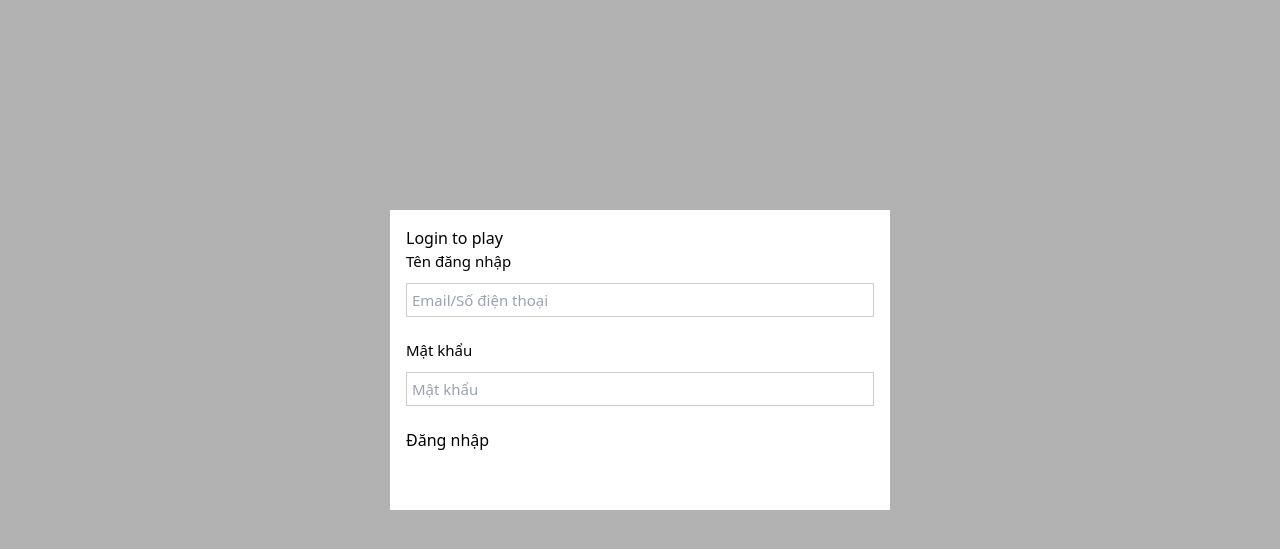
Repository: Teddy1705/demo_pj
Page: /
An editor plug-in stored every save of this project. The page is shown before and after the next save, followed by the edit.
The browser window is 1280 px wide. The pictures show the whole page.
The project was rebuilt for these pictures with package versions that can differ from the ones it lists, and the page was loaded fresh each time. Also part of the build but not shown: vite.config.js.

Above is the page before, as saved 2024-04-16 09:53:38.

### index.html
<!DOCTYPE html>
<html lang="en">
  <head>
    <meta charset="UTF-8" />
    <link rel="icon" type="image/svg+xml" href="/vite.svg" />
    <meta name="viewport" content="width=device-width, initial-scale=1.0" />
    <title>Tic Tac Toe</title>
    <link rel="stylesheet" href="./src/index.css" />
  </head>
  <body>
    <div id="root"></div>
    <script type="module" src="/src/main.jsx"></script>
  </body>
</html>

### src/index.css
:root {
  --white-color: #fff;
  --black-color: #000;
}

/*
1. Prevent padding and border from affecting element width. (https://github.com/mozdevs/cssremedy/issues/4)
2. Allow adding a border to an element by just adding a border-width. (https://github.com/tailwindcss/tailwindcss/pull/116)
*/

*,
::before,
::after {
  box-sizing: border-box;
  /* 1 */
  border-width: 0;
  /* 2 */
  border-style: solid;
  /* 2 */
  border-color: #e5e7eb;
  /* 2 */
}

::before,
::after {
  --tw-content: "";
}

/*
1. Use a consistent sensible line-height in all browsers.
2. Prevent adjustments of font size after orientation changes in iOS.
3. Use a more readable tab size.
4. Use the user's configured `sans` font-family by default.
5. Use the user's configured `sans` font-feature-settings by default.
6. Use the user's configured `sans` font-variation-settings by default.
7. Disable tap highlights on iOS
*/

html,
:host {
  line-height: 1.5;
  /* 1 */
  -webkit-text-size-adjust: 100%;
  /* 2 */
  -moz-tab-size: 4;
  /* 3 */
  -o-tab-size: 4;
  tab-size: 4;
  /* 3 */
  font-family: ui-sans-serif, system-ui, sans-serif, "Apple Color Emoji",
    "Segoe UI Emoji", "Segoe UI Symbol", "Noto Color Emoji";
  /* 4 */
  font-feature-settings: normal;
  /* 5 */
  font-variation-settings: normal;
  /* 6 */
  -webkit-tap-highlight-color: transparent;
  /* 7 */
}

/*
1. Remove the margin in all browsers.
2. Inherit line-height from `html` so users can set them as a class directly on the `html` element.
*/

body {
  margin: 0;
  /* 1 */
  line-height: inherit;
  /* 2 */
}

/*
1. Add the correct height in Firefox.
2. Correct the inheritance of border color in Firefox. (https://bugzilla.mozilla.org/show_bug.cgi?id=190655)
3. Ensure horizontal rules are visible by default.
*/

hr {
  height: 0;
  /* 1 */
  color: inherit;
  /* 2 */
  border-top-width: 1px;
  /* 3 */
}

/*
Add the correct text decoration in Chrome, Edge, and Safari.
*/

abbr:where([title]) {
  -webkit-text-decoration: underline dotted;
  text-decoration: underline dotted;
}

/*
Remove the default font size and weight for headings.
*/

h1,
h2,
h3,
h4,
h5,
h6 {
  font-size: inherit;
  font-weight: inherit;
}

/*
Reset links to optimize for opt-in styling instead of opt-out.
*/

a {
  color: inherit;
  text-decoration: inherit;
}

/*
Add the correct font weight in Edge and Safari.
*/

b,
strong {
  font-weight: bolder;
}

/*
1. Use the user's configured `mono` font-family by default.
2. Use the user's configured `mono` font-feature-settings by default.
3. Use the user's configured `mono` font-variation-settings by default.
4. Correct the odd `em` font sizing in all browsers.
*/

code,
kbd,
samp,
pre {
  font-family: ui-monospace, SFMono-Regular, Menlo, Monaco, Consolas,
    "Liberation Mono", "Courier New", monospace;
  /* 1 */
  font-feature-settings: normal;
  /* 2 */
  font-variation-settings: normal;
  /* 3 */
  font-size: 1em;
  /* 4 */
}

/*
Add the correct font size in all browsers.
*/

small {
  font-size: 80%;
}

/*
Prevent `sub` and `sup` elements from affecting the line height in all browsers.
*/

sub,
sup {
  font-size: 75%;
  line-height: 0;
  position: relative;
  vertical-align: baseline;
}

sub {
  bottom: -0.25em;
}

sup {
  top: -0.5em;
}

/*
1. Remove text indentation from table contents in Chrome and Safari. (https://bugs.chromium.org/p/chromium/issues/detail?id=999088, https://bugs.webkit.org/show_bug.cgi?id=201297)
2. Correct table border color inheritance in all Chrome and Safari. (https://bugs.chromium.org/p/chromium/issues/detail?id=935729, https://bugs.webkit.org/show_bug.cgi?id=195016)
3. Remove gaps between table borders by default.
*/

table {
  text-indent: 0;
  /* 1 */
  border-color: inherit;
  /* 2 */
  border-collapse: collapse;
  /* 3 */
}

/*
1. Change the font styles in all browsers.
2. Remove the margin in Firefox and Safari.
3. Remove default padding in all browsers.
*/

button,
input,
optgroup,
select,
textarea {
  font-family: inherit;
  /* 1 */
  font-feature-settings: inherit;
  /* 1 */
  font-variation-settings: inherit;
  /* 1 */
  font-size: 100%;
  /* 1 */
  font-weight: inherit;
  /* 1 */
  line-height: inherit;
  /* 1 */
  letter-spacing: inherit;
  /* 1 */
  color: inherit;
  /* 1 */
  margin: 0;
  /* 2 */
  padding: 0;
  /* 3 */
}

/*
Remove the inheritance of text transform in Edge and Firefox.
*/

button,
select {
  text-transform: none;
}

/*
1. Correct the inability to style clickable types in iOS and Safari.
2. Remove default button styles.
*/

button,
input:where([type="button"]),
input:where([type="reset"]),
input:where([type="submit"]) {
  -webkit-appearance: button;
  /* 1 */
  background-color: transparent;
  /* 2 */
  background-image: none;
  /* 2 */
}

/*
Use the modern Firefox focus style for all focusable elements.
*/

:-moz-focusring {
  outline: auto;
}

/*
Remove the additional `:invalid` styles in Firefox. (https://github.com/mozilla/gecko-dev/blob/2f9eacd9d3d995c937b4251a5557d95d494c9be1/layout/style/res/forms.css#L728-L737)
*/

:-moz-ui-invalid {
  box-shadow: none;
}

/*
Add the correct vertical alignment in Chrome and Firefox.
*/

progress {
  vertical-align: baseline;
}

/*
Correct the cursor style of increment and decrement buttons in Safari.
*/

::-webkit-inner-spin-button,
::-webkit-outer-spin-button {
  height: auto;
}

/*
1. Correct the odd appearance in Chrome and Safari.
2. Correct the outline style in Safari.
*/

[type="search"] {
  -webkit-appearance: textfield;
  /* 1 */
  outline-offset: -2px;
  /* 2 */
}

/*
Remove the inner padding in Chrome and Safari on macOS.
*/

::-webkit-search-decoration {
  -webkit-appearance: none;
}

/*
1. Correct the inability to style clickable types in iOS and Safari.
2. Change font properties to `inherit` in Safari.
*/

::-webkit-file-upload-button {
  -webkit-appearance: button;
  /* 1 */
  font: inherit;
  /* 2 */
}

/*
Add the correct display in Chrome and Safari.
*/

summary {
  display: list-item;
}

/*
Removes the default spacing and border for appropriate elements.
*/

blockquote,
dl,
dd,
h1,
h2,
h3,
h4,
h5,
h6,
hr,
figure,
p,
pre {
  margin: 0;
}

fieldset {
  margin: 0;
  padding: 0;
}

legend {
  padding: 0;
}

ol,
ul,
menu {
  list-style: none;
  margin: 0;
  padding: 0;
}

/*
Reset default styling for dialogs.
*/

dialog {
  padding: 0;
}

/*
Prevent resizing textareas horizontally by default.
*/

textarea {
  resize: vertical;
}

/*
1. Reset the default placeholder opacity in Firefox. (https://github.com/tailwindlabs/tailwindcss/issues/3300)
2. Set the default placeholder color to the user's configured gray 400 color.
*/

input::-moz-placeholder,
textarea::-moz-placeholder {
  opacity: 1;
  /* 1 */
  color: #9ca3af;
  /* 2 */
}

input::placeholder,
textarea::placeholder {
  opacity: 1;
  /* 1 */
  color: #9ca3af;
  /* 2 */
}

/*
Set the default cursor for buttons.
*/

button,
[role="button"] {
  cursor: pointer;
}

/*
Make sure disabled buttons don't get the pointer cursor.
*/

:disabled {
  cursor: default;
}

/*
1. Make replaced elements `display: block` by default. (https://github.com/mozdevs/cssremedy/issues/14)
2. Add `vertical-align: middle` to align replaced elements more sensibly by default. (https://github.com/jensimmons/cssremedy/issues/14#issuecomment-634934210)
   This can trigger a poorly considered lint error in some tools but is included by design.
*/

img,
svg,
video,
canvas,
audio,
iframe,
embed,
object {
  display: block;
  /* 1 */
  vertical-align: middle;
  /* 2 */
}

/*
Constrain images and videos to the parent width and preserve their intrinsic aspect ratio. (https://github.com/mozdevs/cssremedy/issues/14)
*/

img,
video {
  max-width: 100%;
  height: auto;
}

/* Make elements with the HTML hidden attribute stay hidden by default */

[hidden] {
  display: none;
}

*,
::before,
::after {
  --tw-border-spacing-x: 0;
  --tw-border-spacing-y: 0;
  --tw-translate-x: 0;
  --tw-translate-y: 0;
  --tw-rotate: 0;
  --tw-skew-x: 0;
  --tw-skew-y: 0;
  --tw-scale-x: 1;
  --tw-scale-y: 1;
  --tw-pan-x: ;
  --tw-pan-y: ;
  --tw-pinch-zoom: ;
  --tw-scroll-snap-strictness: proximity;
  --tw-gradient-from-position: ;
  --tw-gradient-via-position: ;
  --tw-gradient-to-position: ;
  --tw-ordinal: ;
  --tw-slashed-zero: ;
  --tw-numeric-figure: ;
  --tw-numeric-spacing: ;
  --tw-numeric-fraction: ;
  --tw-ring-inset: ;
  --tw-ring-offset-width: 0px;
  --tw-ring-offset-color: #fff;
  --tw-ring-color: rgb(59 130 246 / 0.5);
  --tw-ring-offset-shadow: 0 0 #0000;
  --tw-ring-shadow: 0 0 #0000;
  --tw-shadow: 0 0 #0000;
  --tw-shadow-colored: 0 0 #0000;
  --tw-blur: ;
  --tw-brightness: ;
  --tw-contrast: ;
  --tw-grayscale: ;
  --tw-hue-rotate: ;
  --tw-invert: ;
  --tw-saturate: ;
  --tw-sepia: ;
  --tw-drop-shadow: ;
  --tw-backdrop-blur: ;
  --tw-backdrop-brightness: ;
  --tw-backdrop-contrast: ;
  --tw-backdrop-grayscale: ;
  --tw-backdrop-hue-rotate: ;
  --tw-backdrop-invert: ;
  --tw-backdrop-opacity: ;
  --tw-backdrop-saturate: ;
  --tw-backdrop-sepia: ;
  --tw-contain-size: ;
  --tw-contain-layout: ;
  --tw-contain-paint: ;
  --tw-contain-style: ;
}

::backdrop {
  --tw-border-spacing-x: 0;
  --tw-border-spacing-y: 0;
  --tw-translate-x: 0;
  --tw-translate-y: 0;
  --tw-rotate: 0;
  --tw-skew-x: 0;
  --tw-skew-y: 0;
  --tw-scale-x: 1;
  --tw-scale-y: 1;
  --tw-pan-x: ;
  --tw-pan-y: ;
  --tw-pinch-zoom: ;
  --tw-scroll-snap-strictness: proximity;
  --tw-gradient-from-position: ;
  --tw-gradient-via-position: ;
  --tw-gradient-to-position: ;
  --tw-ordinal: ;
  --tw-slashed-zero: ;
  --tw-numeric-figure: ;
  --tw-numeric-spacing: ;
  --tw-numeric-fraction: ;
  --tw-ring-inset: ;
  --tw-ring-offset-width: 0px;
  --tw-ring-offset-color: #fff;
  --tw-ring-color: rgb(59 130 246 / 0.5);
  --tw-ring-offset-shadow: 0 0 #0000;
  --tw-ring-shadow: 0 0 #0000;
  --tw-shadow: 0 0 #0000;
  --tw-shadow-colored: 0 0 #0000;
  --tw-blur: ;
  --tw-brightness: ;
  --tw-contrast: ;
  --tw-grayscale: ;
  --tw-hue-rotate: ;
  --tw-invert: ;
  --tw-saturate: ;
  --tw-sepia: ;
  --tw-drop-shadow: ;
  --tw-backdrop-blur: ;
  --tw-backdrop-brightness: ;
  --tw-backdrop-contrast: ;
  --tw-backdrop-grayscale: ;
  --tw-backdrop-hue-rotate: ;
  --tw-backdrop-invert: ;
  --tw-backdrop-opacity: ;
  --tw-backdrop-saturate: ;
  --tw-backdrop-sepia: ;
  --tw-contain-size: ;
  --tw-contain-layout: ;
  --tw-contain-paint: ;
  --tw-contain-style: ;
}

#modal {
  position: fixed;
  top: 0;
  right: 0;
  bottom: 0;
  left: 0;
  display: flex;
  align-items: center;
  justify-content: center;
}

#modal .modal__overlay {
  position: absolute;
  width: 100%;
  height: 100%;
  background-color: rgba(0, 0, 0, 0.3);
}

#modal .modal__body {
  position: relative;
  background-color: var(--white-color);
  margin: auto;
  width: 500px;
  min-height: 300px;
  padding: 16px;
}

.auth-form {
}

.auth-form__header {
}

.auth-form__heading {
}

.auth-form__info {
}

.auth-form__info-details {
}

.auth-form__label {
  display: block;
  font-size: 15px;
}

.auth-form__info-input {
  border: 1px solid #ccc;
  width: 100%;
  font-size: 15px;
  padding: 5px;
  margin: 10px 0 22px;
}

.auth-form__btn {
}

### src/main.jsx
import React from "react";
import ReactDOM from "react-dom/client";
import App from "./App.jsx";
import { createBrowserRouter, RouterProvider } from "react-router-dom";
import Root from "./routes/root";
import "./index.css";

const router = createBrowserRouter([
  {
    path: "/",
    element: <Root />,
  },
]);

ReactDOM.createRoot(document.getElementById("root")).render(
  <React.StrictMode>
    <RouterProvider router={router} />
    <App />
  </React.StrictMode>
);

### src/routes/root.jsx
export default function Root() {
  return (
    <>
      <div id="modal">
        <div className="modal__overlay"></div>
        <div className="modal__body">
          <div className="auth-form">
            <h1 className="auth-form__heading">Login to play</h1>
            <div className="auth-form__info">
              <div className="auth-form__info-details">
                <label htmlFor="" className="auth-form__label">
                  Tên đăng nhập
                </label>
                <input
                  type="text"
                  className="auth-form__info-input"
                  placeholder="Email/Số điện thoại"
                />
              </div>
              <div className="auth-form__info-details">
                <label htmlFor="" className="auth-form__label">
                  Mật khẩu
                </label>
                <input
                  type="password"
                  className="auth-form__info-input"
                  placeholder="Mật khẩu"
                />
              </div>
            </div>
            <div className="auth-form__btn">
              <a
                href={`https://codesandbox.io/s/q2z497?file=%2Fsrc%2FApp.js&utm_medium=sandpack`}
                className=""
              >
                Đăng nhập
              </a>
            </div>
          </div>
        </div>
      </div>
      <div id="detail"></div>
    </>
  );
}

Loaded but not shown: src/App.jsx (common file)

After the next save:
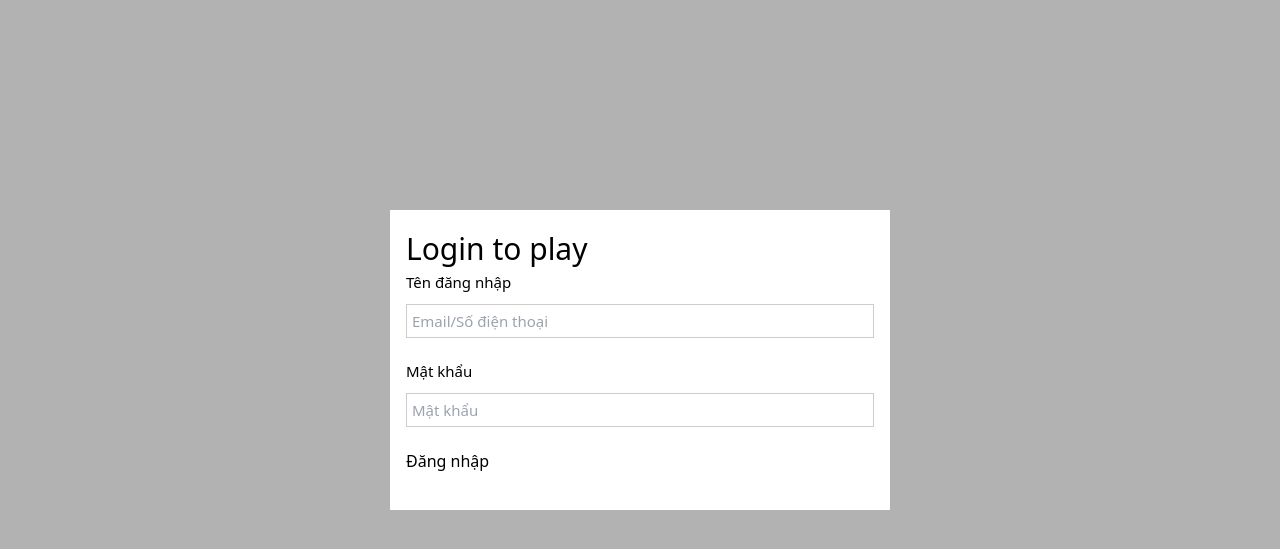
Saved 12 s later.
--- a/src/index.css
+++ b/src/index.css
@@ -590,10 +590,8 @@ video {
 .auth-form {
 }
 
-.auth-form__header {
-}
-
 .auth-form__heading {
+  font-size: 30px;
 }
 
 .auth-form__info {
